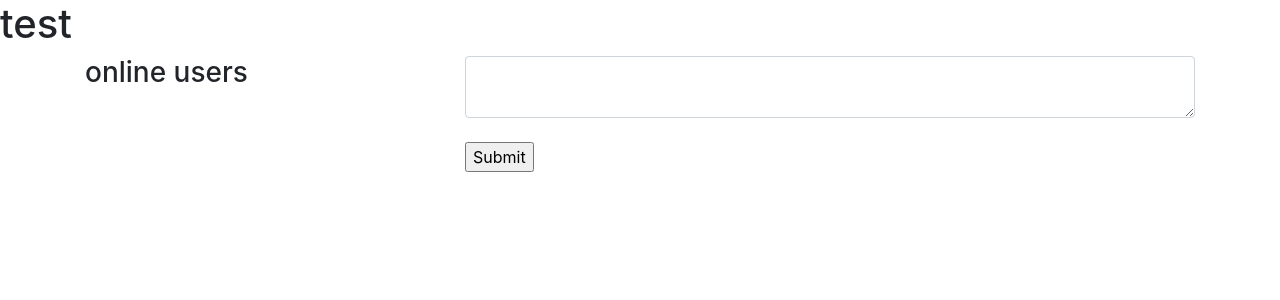
Repository: lakitha96/chat-socket.io
Page: index.html
These files come from the project's save history. The page is drawn as it stood at one moment and after a run of saves; the edit follows.
The browser window is 1280 px wide. The pictures show the whole page.
Some web libraries are served in a nearby version.

Above is the page before, as saved 2018-07-17 15:26:02.
Not found: js/scripts.js

After the next 3 saves:
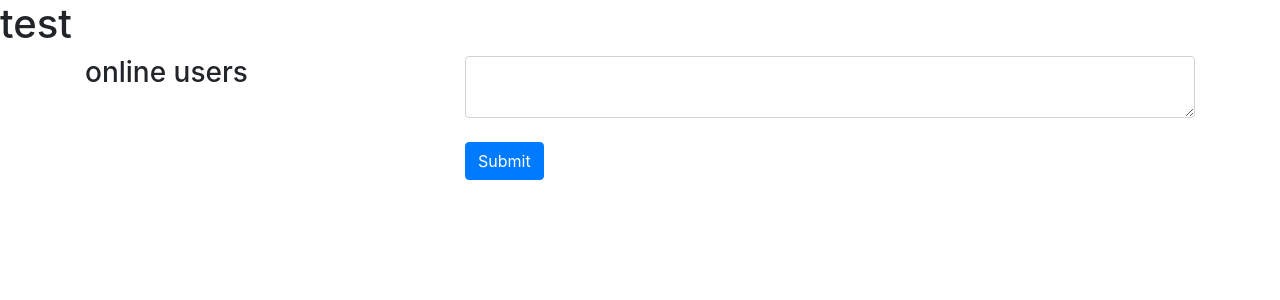
The 3 saves are shown as one change because they came seconds apart.
The last was saved 9 s later.
--- a/index.html
+++ b/index.html
@@ -37,7 +37,7 @@
             <div class="form-group">
               <textarea id="message" class="form-control"></textarea>
             </br>
-            <input type="submit" class=""
+              <input type="submit" class="btn btn-primary">
               </div>
               </div>
             </div>
